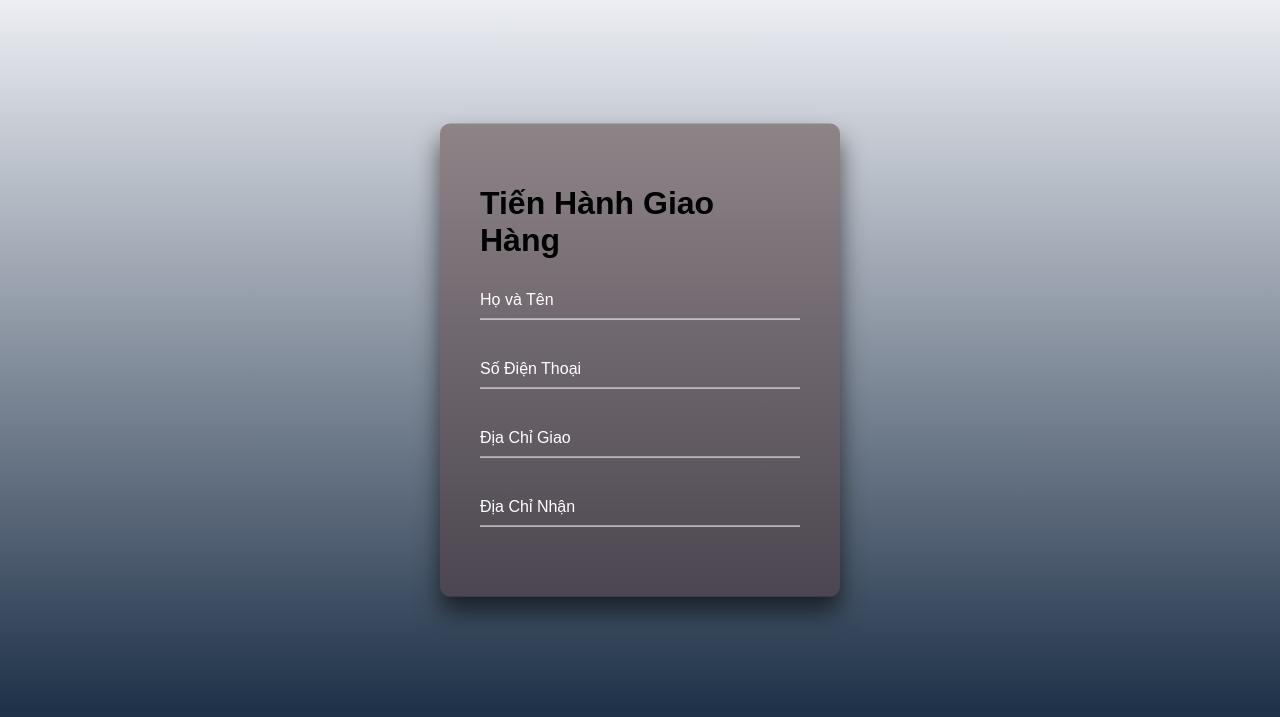
Repository: Pnguyen285/Demo
Page: Giao diện/index.html
The author's editor kept a copy of each file at every save. The page is drawn from the files as they stood at one save, then again after the next save.
The browser window is 1280 px wide. The pictures show the whole page.

Above is the page before, as saved 2023-07-27 21:48:49.

### Giao diện/index.html
<!DOCTYPE html>
<html lang="en">
<head>
  <meta charset="UTF-8">
  <meta name="viewport" content="width=device-width, initial-scale=1.0">
  <title>Document</title>
  <link rel="stylesheet" type="" href="style.css">
</head>
<body>
  <div class="login-box">
    <h1>Tiến Hành Giao Hàng</h1>
    <form>
      <div class="user-box">
        <input type="text" name="" required="">
        <label>Họ và Tên</label>
      </div>
      <div class="user-box">
        <input type="password" name="" required="">
        <label>Số Điện Thoại</label>
      </div>
      <div class="user-box">
        <input type="password" name="" required="">
        <label>Địa Chỉ Giao</label>
      </div>
      <div class="user-box">
        <input type="password" name="" required="">
        <label>Địa Chỉ Nhận</label>
      </div>

    </form>
  </div>
</body>
</html>

### Giao diện/style.css
html {
  height: 100%;
}
body {
  margin:0;
  padding:0;
  font-family: sans-serif;
  background: linear-gradient(#eceef3, #1c2f46);
}

.login-box {
  position: absolute;
  top: 50%;
  left: 50%;
  width: 400px;
  padding: 40px;
  transform: translate(-50%, -50%);
  background: rgba(87, 60, 60, 0.5);
  box-sizing: border-box;
  box-shadow: 0 15px 25px rgba(0,0,0,.6);
  border-radius: 10px;
}

.login-box h2 {
  margin: 0 0 30px;
  padding: 0;
  color: #fff;
  text-align: center;
}

.login-box .user-box {
  position: relative;
}

.login-box .user-box input {
  width: 100%;
  padding: 10px 0;
  font-size: 16px;
  color: #fff;
  margin-bottom: 30px;
  border: none;
  border-bottom: 1px solid #fff;
  outline: none;
  background: transparent;
}
.login-box .user-box label {
  position: absolute;
  top:0;
  left: 0;
  padding: 10px 0;
  font-size: 16px;
  color: #fff;
  pointer-events: none;
  transition: .5s;
}

.login-box .user-box input:focus ~ label,
.login-box .user-box input:valid ~ label {
  top: -20px;
  left: 0;
  color: #f4b403;
  font-size: 12px;
}

After the next save:
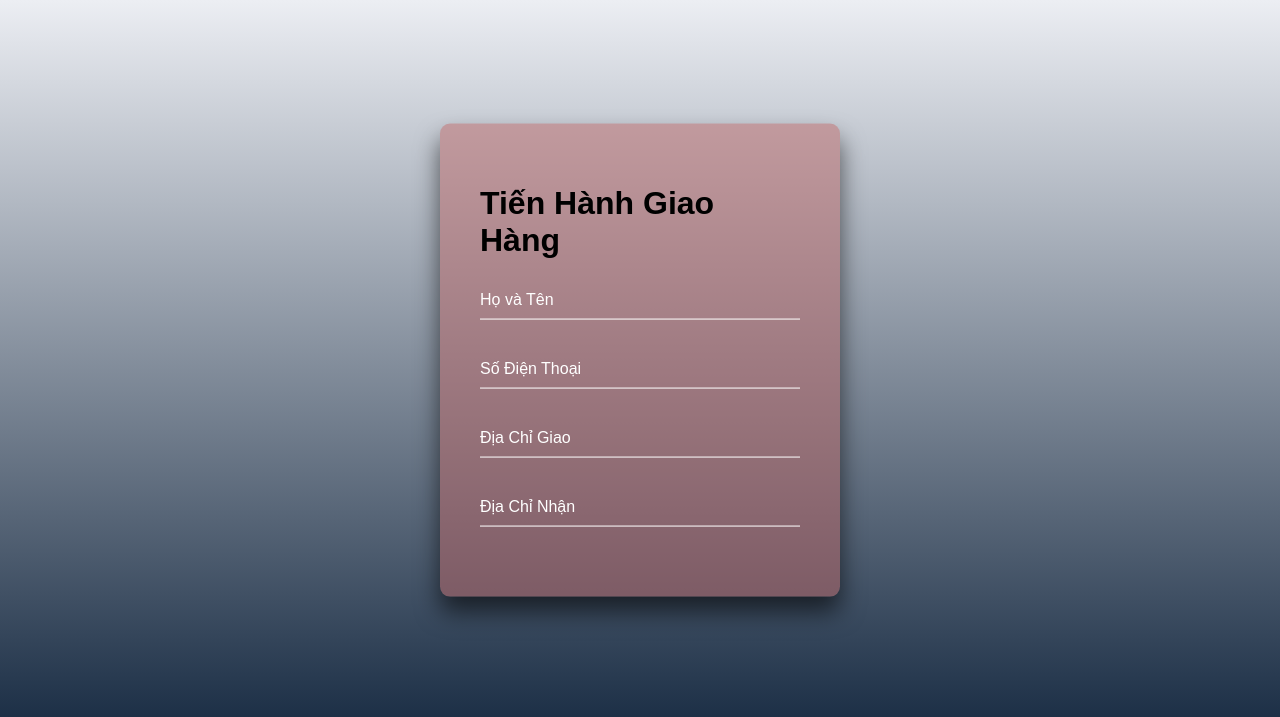
Saved 24 s later.
--- a/Giao diện/style.css
+++ b/Giao diện/style.css
@@ -15,7 +15,7 @@ body {
   width: 400px;
   padding: 40px;
   transform: translate(-50%, -50%);
-  background: rgba(87, 60, 60, 0.5);
+  background: rgba(187, 104, 104, 0.5);
   box-sizing: border-box;
   box-shadow: 0 15px 25px rgba(0,0,0,.6);
   border-radius: 10px;
